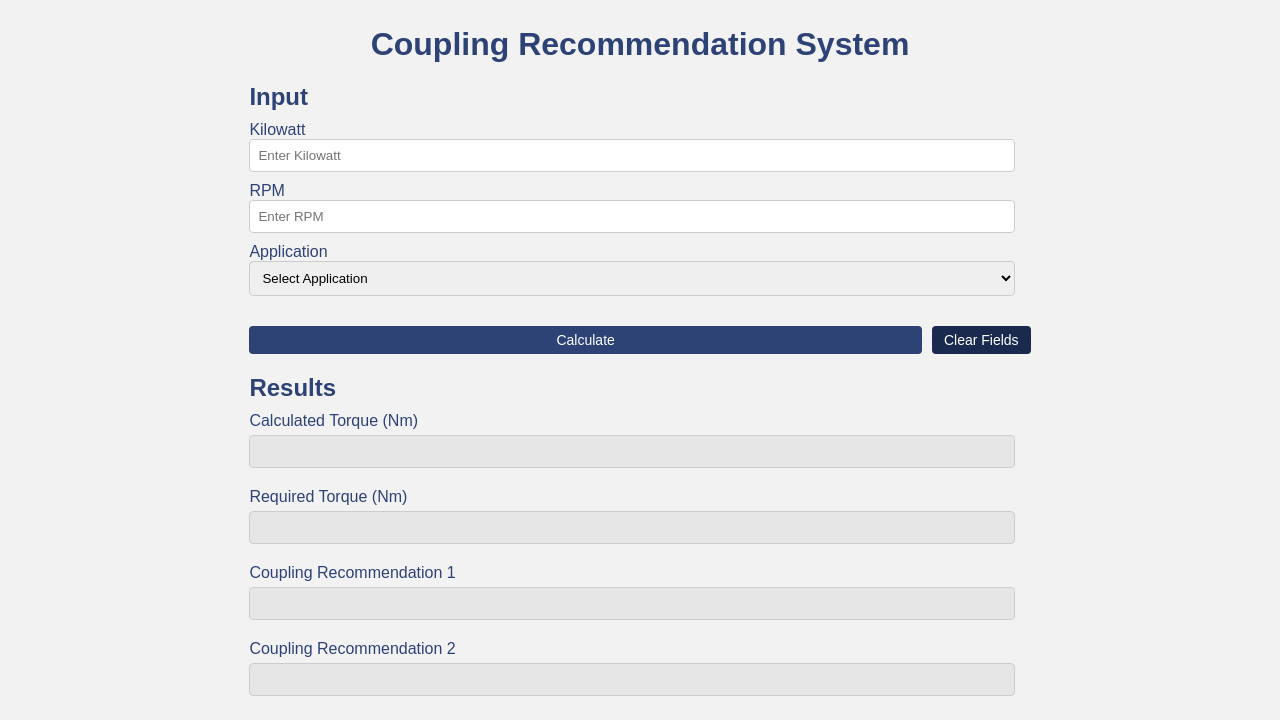
Repository: JustinSadie/calculator
Page: newIndex.html
These files come from the project's save history. The page is drawn as it stood at one moment and after the next save; the edit follows.
The browser window is 1280 px wide. The pictures show the whole page.

Above is the page before, as saved 2024-08-25 15:59:30.

After the next save:
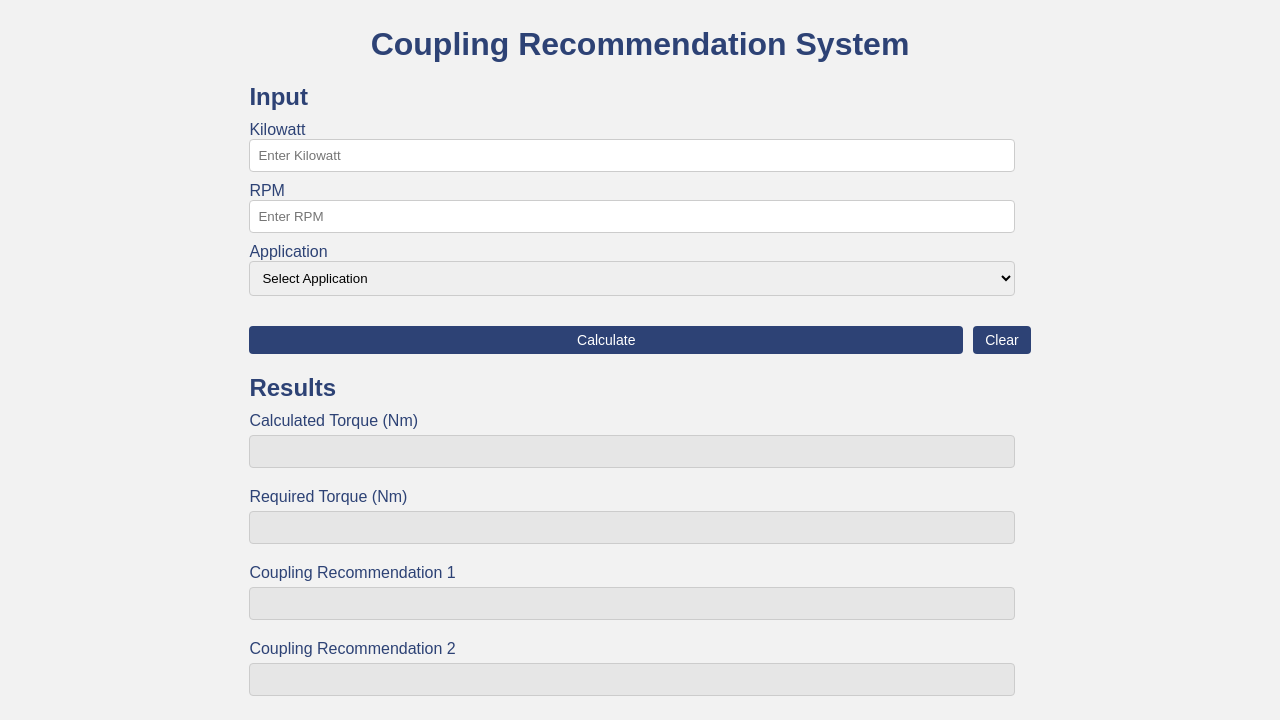
Saved 2 min 13 s later.
--- a/newIndex.html
+++ b/newIndex.html
@@ -55,7 +55,7 @@
 
         <div class="button-container">
           <button onclick="displayResults()">Calculate</button>
-          <button class="additional">Clear Fields</button>
+          <button class="clear" onclick="clearFields()">Clear</button>
         </div>
       </div>
 
